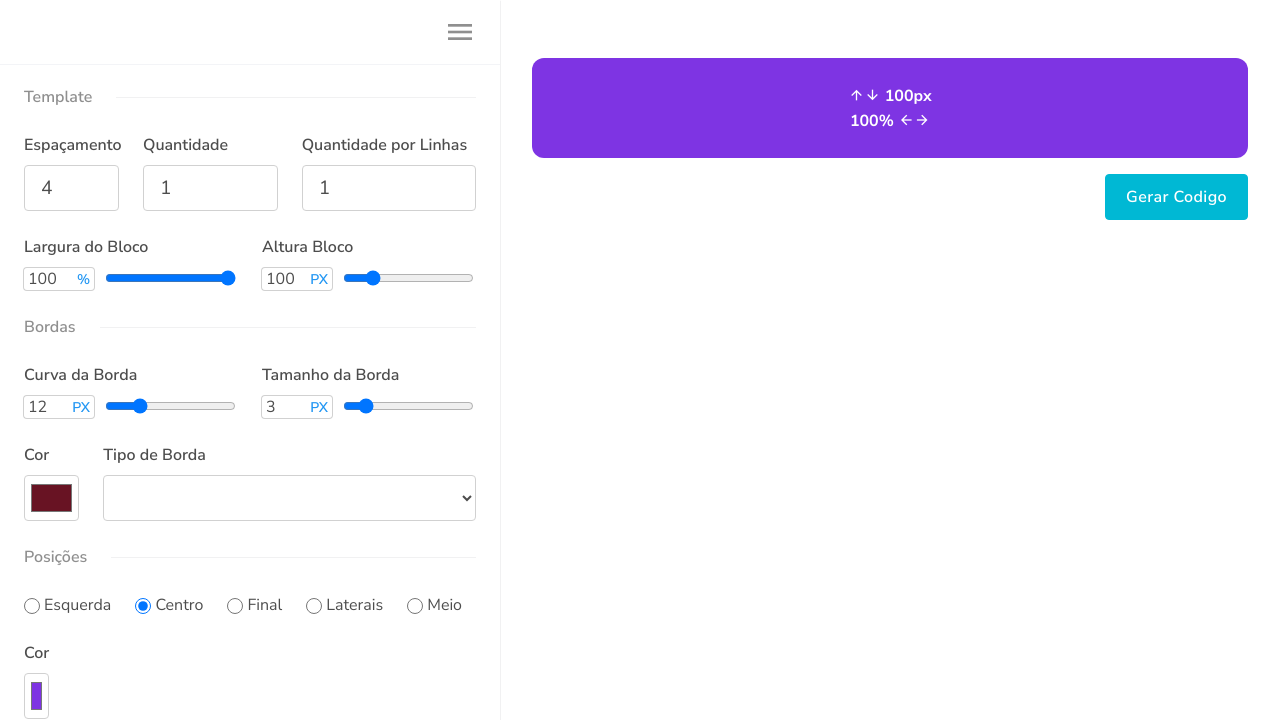
Repository: Flintdl/lowcode-elements
Page: /
An editor plug-in stored every save of this project. The page is shown before and after the next save, followed by the edit.
The browser window is 1280 px wide. The pictures show the whole page.
The project was rebuilt for these pictures with package versions that can differ from the ones it lists, and the page was loaded fresh each time. Also part of the build but not shown: vue.config.js.

Above is the page before, as saved 2022-04-05 16:31:02.

After the next save:
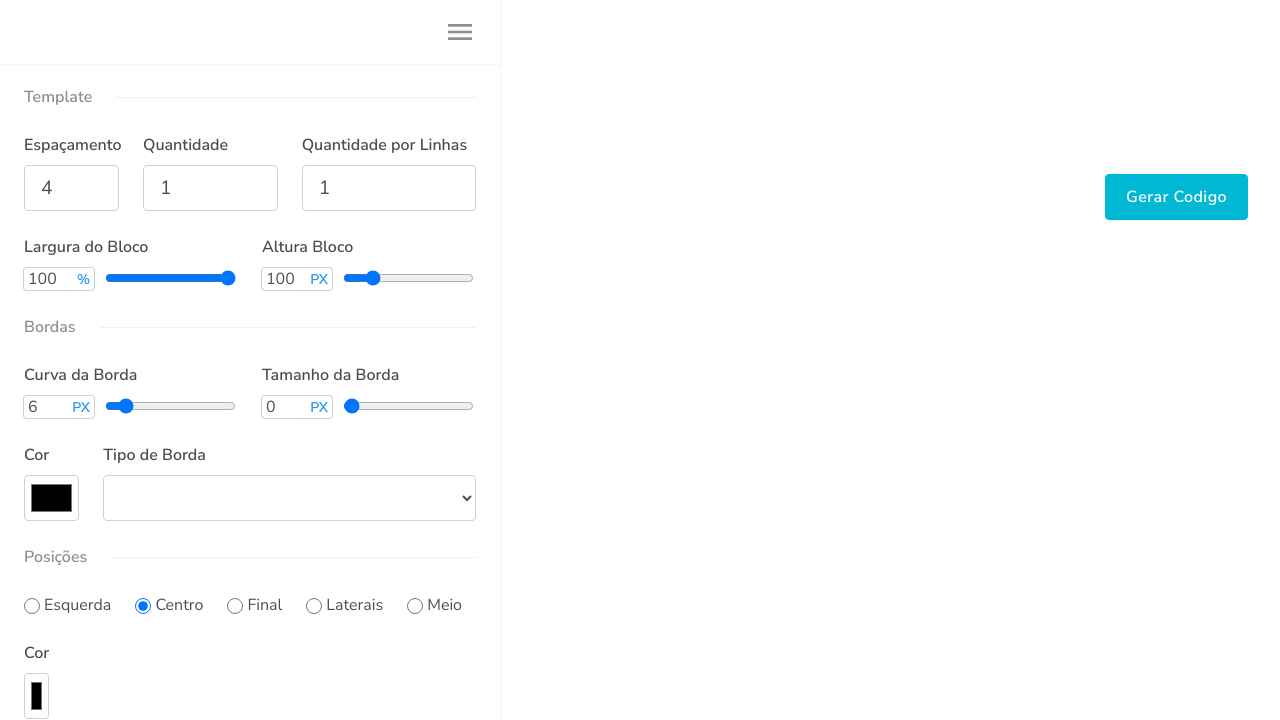
Saved 37 min 43 s later.
--- a/src/components/Menu/MenuTemplate.vue
+++ b/src/components/Menu/MenuTemplate.vue
@@ -135,14 +135,14 @@ export default {
     return {
       inputQuantidade: (this.inputQuantidade = "1"),
       inputQuantidadeLinha: (this.inputQuantidadeLinha = "1"),
-      inputBorderRadius: (this.inputBorderRadius = "12"),
+      inputBorderRadius: (this.inputBorderRadius = "6"),
       inputRange: (this.inputRange = "100"),
       valorHeight: (this.valorHeight = "100"),
       inputGap: (this.inputGap = "4"),
       checkValue: (this.checkValue = "center"),
-      inputColor: (this.inputColor = "#7e34e3"),
-      inputBorder: (this.inputBorder = "3"),
-      inputBorderColor: (this.inputBorderColor = "#681323"),
+      inputColor: this.inputColor,
+      inputBorder: (this.inputBorder = "0"),
+      inputBorderColor: this.inputBorderColor,
       inputBorderTipo: this.inputBorderTipo,
       image: image,
     };

After the save that followed:
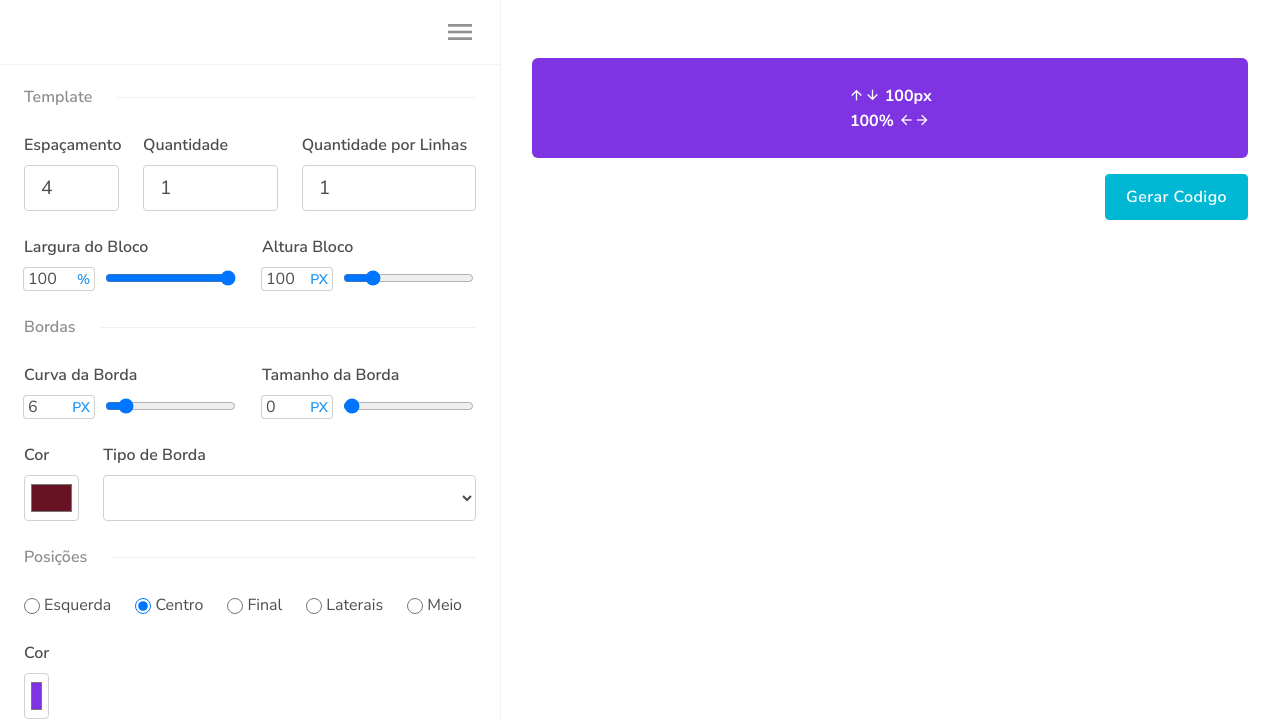
Saved 33 s later.
--- a/src/components/Menu/MenuTemplate.vue
+++ b/src/components/Menu/MenuTemplate.vue
@@ -140,9 +140,9 @@ export default {
       valorHeight: (this.valorHeight = "100"),
       inputGap: (this.inputGap = "4"),
       checkValue: (this.checkValue = "center"),
-      inputColor: this.inputColor,
+      inputColor: (this.inputColor = "#7e34e3"),
       inputBorder: (this.inputBorder = "0"),
-      inputBorderColor: this.inputBorderColor,
+      inputBorderColor: (this.inputBorderColor = "#681323"),
       inputBorderTipo: this.inputBorderTipo,
       image: image,
     };
